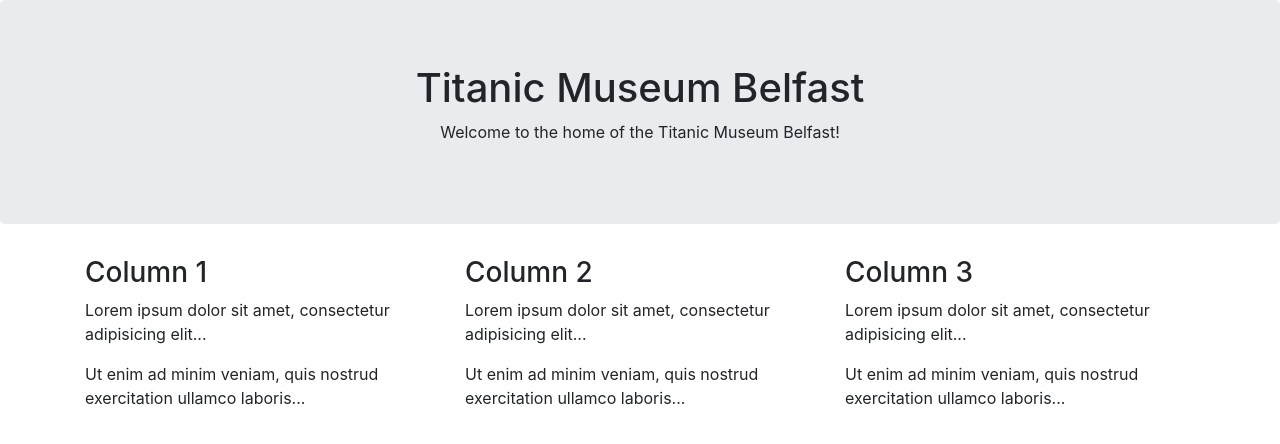
Repository: scass974/pa-spring-boot
Page: todo/src/main/resources/static/index.html
An editor plug-in stored every save of this project. The page is shown before and after the next save, followed by the edit.
The browser window is 1280 px wide. The pictures show the whole page.

Above is the page before, as saved 2019-09-16 13:43:37.

After the next save:
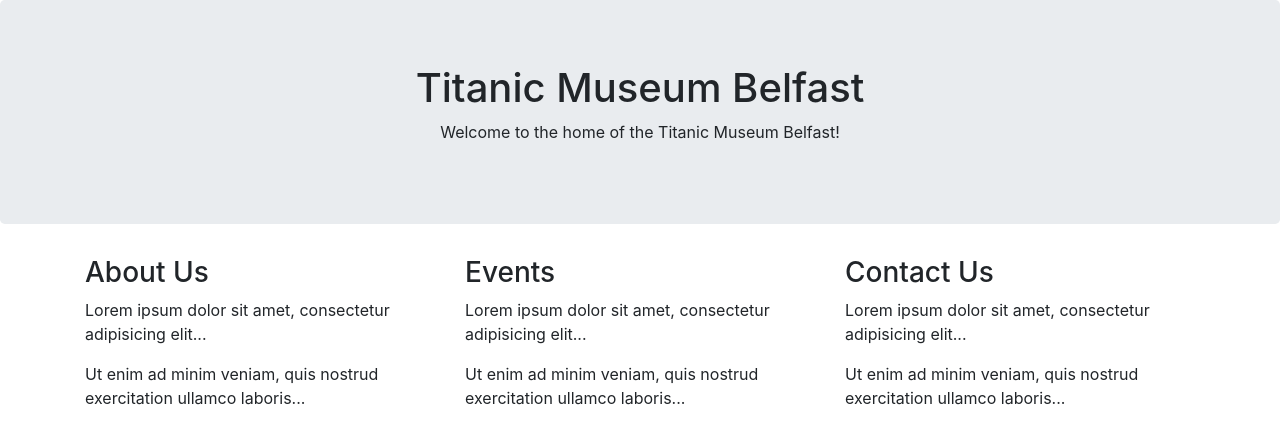
Saved 2 min 11 s later.
--- a/todo/src/main/resources/static/index.html
+++ b/todo/src/main/resources/static/index.html
@@ -19,17 +19,17 @@
 <div class="container">
   <div class="row">
     <div class="col-sm-4">
-      <h3>Column 1</h3>
+      <h3>About Us</h3>
       <p>Lorem ipsum dolor sit amet, consectetur adipisicing elit...</p>
       <p>Ut enim ad minim veniam, quis nostrud exercitation ullamco laboris...</p>
     </div>
     <div class="col-sm-4">
-      <h3>Column 2</h3>
+      <h3>Events</h3>
       <p>Lorem ipsum dolor sit amet, consectetur adipisicing elit...</p>
       <p>Ut enim ad minim veniam, quis nostrud exercitation ullamco laboris...</p>
     </div>
     <div class="col-sm-4">
-      <h3>Column 3</h3>
+      <h3>Contact Us</h3>
       <p>Lorem ipsum dolor sit amet, consectetur adipisicing elit...</p>
       <p>Ut enim ad minim veniam, quis nostrud exercitation ullamco laboris...</p>
     </div>
